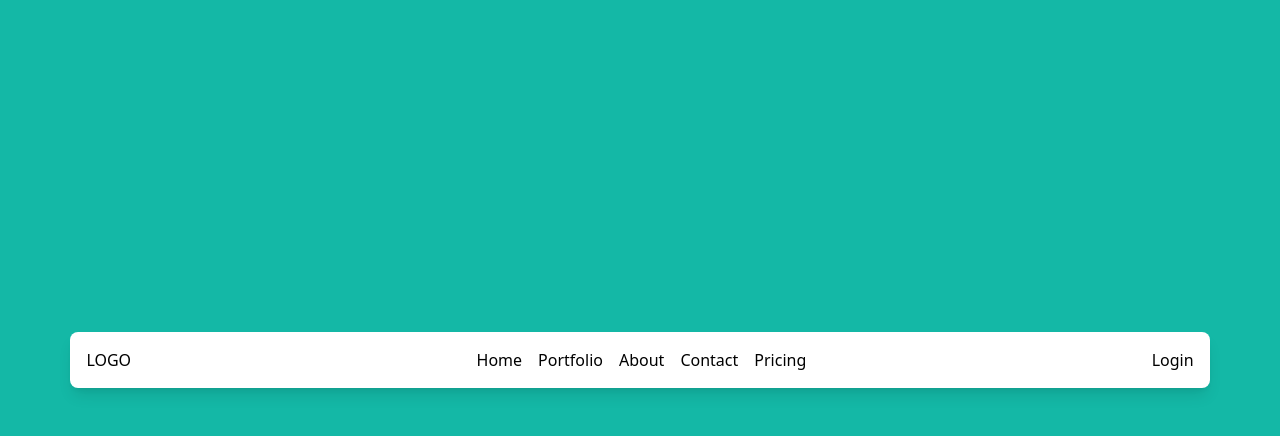
Repository: DevAntonioRogers/react-modal-with-dialog
Page: /
These files come from the project's save history. The page is drawn as it stood at one moment and after the next save; the edit follows.
The browser window is 1280 px wide. The pictures show the whole page.
The project was rebuilt for these pictures with package versions that can differ from the ones it lists, and the page was loaded fresh each time. Also part of the build but not shown: vite.config.ts.

Above is the page before, as saved 2023-05-10 08:46:06.

After the next save:
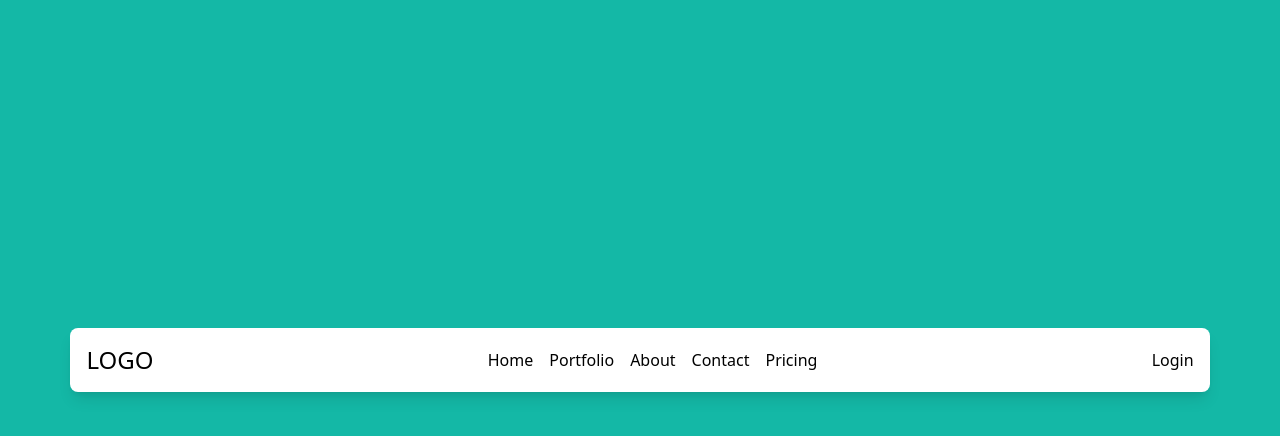
Saved 22 s later.
--- a/src/App.tsx
+++ b/src/App.tsx
@@ -3,7 +3,7 @@ function App() {
     <div className="flex items-center justify-center w-screen h-screen bg-teal-500">
       <nav className="flex justify-between items-center p-4 w-[89%] bg-white m-auto rounded-lg shadow-lg">
         <div>
-          <h1>LOGO</h1>
+          <h1 className="text-2xl">LOGO</h1>
         </div>
 
         <ul className="flex items-center gap-4">
